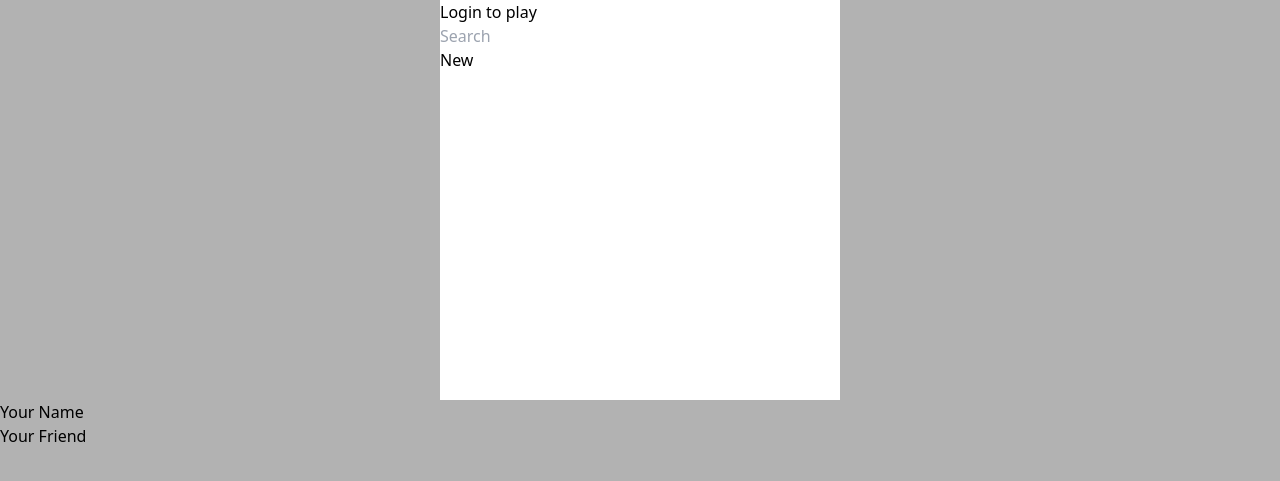
Repository: Teddy1705/demo_pj
Page: /
An editor plug-in stored every save of this project. The page is shown before and after the next save, followed by the edit.
The browser window is 1280 px wide. The pictures show the whole page.
The project was rebuilt for these pictures with package versions that can differ from the ones it lists, and the page was loaded fresh each time. Also part of the build but not shown: vite.config.js.

Above is the page before, as saved 2024-04-16 08:59:49.

### index.html
<!DOCTYPE html>
<html lang="en">
  <head>
    <meta charset="UTF-8" />
    <link rel="icon" type="image/svg+xml" href="/vite.svg" />
    <meta name="viewport" content="width=device-width, initial-scale=1.0" />
    <title>Tic Tac Toe</title>
    <link rel="stylesheet" href="./src/index.css" />
  </head>
  <body>
    <div id="root"></div>
    <script type="module" src="/src/main.jsx"></script>
  </body>
</html>

### src/index.css
:root {
  --white-color: #fff;
  --black-color: #000;
}

/*
1. Prevent padding and border from affecting element width. (https://github.com/mozdevs/cssremedy/issues/4)
2. Allow adding a border to an element by just adding a border-width. (https://github.com/tailwindcss/tailwindcss/pull/116)
*/

*,
::before,
::after {
  box-sizing: border-box;
  /* 1 */
  border-width: 0;
  /* 2 */
  border-style: solid;
  /* 2 */
  border-color: #e5e7eb;
  /* 2 */
}

::before,
::after {
  --tw-content: "";
}

/*
1. Use a consistent sensible line-height in all browsers.
2. Prevent adjustments of font size after orientation changes in iOS.
3. Use a more readable tab size.
4. Use the user's configured `sans` font-family by default.
5. Use the user's configured `sans` font-feature-settings by default.
6. Use the user's configured `sans` font-variation-settings by default.
7. Disable tap highlights on iOS
*/

html,
:host {
  line-height: 1.5;
  /* 1 */
  -webkit-text-size-adjust: 100%;
  /* 2 */
  -moz-tab-size: 4;
  /* 3 */
  -o-tab-size: 4;
  tab-size: 4;
  /* 3 */
  font-family: ui-sans-serif, system-ui, sans-serif, "Apple Color Emoji",
    "Segoe UI Emoji", "Segoe UI Symbol", "Noto Color Emoji";
  /* 4 */
  font-feature-settings: normal;
  /* 5 */
  font-variation-settings: normal;
  /* 6 */
  -webkit-tap-highlight-color: transparent;
  /* 7 */
}

/*
1. Remove the margin in all browsers.
2. Inherit line-height from `html` so users can set them as a class directly on the `html` element.
*/

body {
  margin: 0;
  /* 1 */
  line-height: inherit;
  /* 2 */
}

/*
1. Add the correct height in Firefox.
2. Correct the inheritance of border color in Firefox. (https://bugzilla.mozilla.org/show_bug.cgi?id=190655)
3. Ensure horizontal rules are visible by default.
*/

hr {
  height: 0;
  /* 1 */
  color: inherit;
  /* 2 */
  border-top-width: 1px;
  /* 3 */
}

/*
Add the correct text decoration in Chrome, Edge, and Safari.
*/

abbr:where([title]) {
  -webkit-text-decoration: underline dotted;
  text-decoration: underline dotted;
}

/*
Remove the default font size and weight for headings.
*/

h1,
h2,
h3,
h4,
h5,
h6 {
  font-size: inherit;
  font-weight: inherit;
}

/*
Reset links to optimize for opt-in styling instead of opt-out.
*/

a {
  color: inherit;
  text-decoration: inherit;
}

/*
Add the correct font weight in Edge and Safari.
*/

b,
strong {
  font-weight: bolder;
}

/*
1. Use the user's configured `mono` font-family by default.
2. Use the user's configured `mono` font-feature-settings by default.
3. Use the user's configured `mono` font-variation-settings by default.
4. Correct the odd `em` font sizing in all browsers.
*/

code,
kbd,
samp,
pre {
  font-family: ui-monospace, SFMono-Regular, Menlo, Monaco, Consolas,
    "Liberation Mono", "Courier New", monospace;
  /* 1 */
  font-feature-settings: normal;
  /* 2 */
  font-variation-settings: normal;
  /* 3 */
  font-size: 1em;
  /* 4 */
}

/*
Add the correct font size in all browsers.
*/

small {
  font-size: 80%;
}

/*
Prevent `sub` and `sup` elements from affecting the line height in all browsers.
*/

sub,
sup {
  font-size: 75%;
  line-height: 0;
  position: relative;
  vertical-align: baseline;
}

sub {
  bottom: -0.25em;
}

sup {
  top: -0.5em;
}

/*
1. Remove text indentation from table contents in Chrome and Safari. (https://bugs.chromium.org/p/chromium/issues/detail?id=999088, https://bugs.webkit.org/show_bug.cgi?id=201297)
2. Correct table border color inheritance in all Chrome and Safari. (https://bugs.chromium.org/p/chromium/issues/detail?id=935729, https://bugs.webkit.org/show_bug.cgi?id=195016)
3. Remove gaps between table borders by default.
*/

table {
  text-indent: 0;
  /* 1 */
  border-color: inherit;
  /* 2 */
  border-collapse: collapse;
  /* 3 */
}

/*
1. Change the font styles in all browsers.
2. Remove the margin in Firefox and Safari.
3. Remove default padding in all browsers.
*/

button,
input,
optgroup,
select,
textarea {
  font-family: inherit;
  /* 1 */
  font-feature-settings: inherit;
  /* 1 */
  font-variation-settings: inherit;
  /* 1 */
  font-size: 100%;
  /* 1 */
  font-weight: inherit;
  /* 1 */
  line-height: inherit;
  /* 1 */
  letter-spacing: inherit;
  /* 1 */
  color: inherit;
  /* 1 */
  margin: 0;
  /* 2 */
  padding: 0;
  /* 3 */
}

/*
Remove the inheritance of text transform in Edge and Firefox.
*/

button,
select {
  text-transform: none;
}

/*
1. Correct the inability to style clickable types in iOS and Safari.
2. Remove default button styles.
*/

button,
input:where([type="button"]),
input:where([type="reset"]),
input:where([type="submit"]) {
  -webkit-appearance: button;
  /* 1 */
  background-color: transparent;
  /* 2 */
  background-image: none;
  /* 2 */
}

/*
Use the modern Firefox focus style for all focusable elements.
*/

:-moz-focusring {
  outline: auto;
}

/*
Remove the additional `:invalid` styles in Firefox. (https://github.com/mozilla/gecko-dev/blob/2f9eacd9d3d995c937b4251a5557d95d494c9be1/layout/style/res/forms.css#L728-L737)
*/

:-moz-ui-invalid {
  box-shadow: none;
}

/*
Add the correct vertical alignment in Chrome and Firefox.
*/

progress {
  vertical-align: baseline;
}

/*
Correct the cursor style of increment and decrement buttons in Safari.
*/

::-webkit-inner-spin-button,
::-webkit-outer-spin-button {
  height: auto;
}

/*
1. Correct the odd appearance in Chrome and Safari.
2. Correct the outline style in Safari.
*/

[type="search"] {
  -webkit-appearance: textfield;
  /* 1 */
  outline-offset: -2px;
  /* 2 */
}

/*
Remove the inner padding in Chrome and Safari on macOS.
*/

::-webkit-search-decoration {
  -webkit-appearance: none;
}

/*
1. Correct the inability to style clickable types in iOS and Safari.
2. Change font properties to `inherit` in Safari.
*/

::-webkit-file-upload-button {
  -webkit-appearance: button;
  /* 1 */
  font: inherit;
  /* 2 */
}

/*
Add the correct display in Chrome and Safari.
*/

summary {
  display: list-item;
}

/*
Removes the default spacing and border for appropriate elements.
*/

blockquote,
dl,
dd,
h1,
h2,
h3,
h4,
h5,
h6,
hr,
figure,
p,
pre {
  margin: 0;
}

fieldset {
  margin: 0;
  padding: 0;
}

legend {
  padding: 0;
}

ol,
ul,
menu {
  list-style: none;
  margin: 0;
  padding: 0;
}

/*
Reset default styling for dialogs.
*/

dialog {
  padding: 0;
}

/*
Prevent resizing textareas horizontally by default.
*/

textarea {
  resize: vertical;
}

/*
1. Reset the default placeholder opacity in Firefox. (https://github.com/tailwindlabs/tailwindcss/issues/3300)
2. Set the default placeholder color to the user's configured gray 400 color.
*/

input::-moz-placeholder,
textarea::-moz-placeholder {
  opacity: 1;
  /* 1 */
  color: #9ca3af;
  /* 2 */
}

input::placeholder,
textarea::placeholder {
  opacity: 1;
  /* 1 */
  color: #9ca3af;
  /* 2 */
}

/*
Set the default cursor for buttons.
*/

button,
[role="button"] {
  cursor: pointer;
}

/*
Make sure disabled buttons don't get the pointer cursor.
*/

:disabled {
  cursor: default;
}

/*
1. Make replaced elements `display: block` by default. (https://github.com/mozdevs/cssremedy/issues/14)
2. Add `vertical-align: middle` to align replaced elements more sensibly by default. (https://github.com/jensimmons/cssremedy/issues/14#issuecomment-634934210)
   This can trigger a poorly considered lint error in some tools but is included by design.
*/

img,
svg,
video,
canvas,
audio,
iframe,
embed,
object {
  display: block;
  /* 1 */
  vertical-align: middle;
  /* 2 */
}

/*
Constrain images and videos to the parent width and preserve their intrinsic aspect ratio. (https://github.com/mozdevs/cssremedy/issues/14)
*/

img,
video {
  max-width: 100%;
  height: auto;
}

/* Make elements with the HTML hidden attribute stay hidden by default */

[hidden] {
  display: none;
}

*,
::before,
::after {
  --tw-border-spacing-x: 0;
  --tw-border-spacing-y: 0;
  --tw-translate-x: 0;
  --tw-translate-y: 0;
  --tw-rotate: 0;
  --tw-skew-x: 0;
  --tw-skew-y: 0;
  --tw-scale-x: 1;
  --tw-scale-y: 1;
  --tw-pan-x: ;
  --tw-pan-y: ;
  --tw-pinch-zoom: ;
  --tw-scroll-snap-strictness: proximity;
  --tw-gradient-from-position: ;
  --tw-gradient-via-position: ;
  --tw-gradient-to-position: ;
  --tw-ordinal: ;
  --tw-slashed-zero: ;
  --tw-numeric-figure: ;
  --tw-numeric-spacing: ;
  --tw-numeric-fraction: ;
  --tw-ring-inset: ;
  --tw-ring-offset-width: 0px;
  --tw-ring-offset-color: #fff;
  --tw-ring-color: rgb(59 130 246 / 0.5);
  --tw-ring-offset-shadow: 0 0 #0000;
  --tw-ring-shadow: 0 0 #0000;
  --tw-shadow: 0 0 #0000;
  --tw-shadow-colored: 0 0 #0000;
  --tw-blur: ;
  --tw-brightness: ;
  --tw-contrast: ;
  --tw-grayscale: ;
  --tw-hue-rotate: ;
  --tw-invert: ;
  --tw-saturate: ;
  --tw-sepia: ;
  --tw-drop-shadow: ;
  --tw-backdrop-blur: ;
  --tw-backdrop-brightness: ;
  --tw-backdrop-contrast: ;
  --tw-backdrop-grayscale: ;
  --tw-backdrop-hue-rotate: ;
  --tw-backdrop-invert: ;
  --tw-backdrop-opacity: ;
  --tw-backdrop-saturate: ;
  --tw-backdrop-sepia: ;
  --tw-contain-size: ;
  --tw-contain-layout: ;
  --tw-contain-paint: ;
  --tw-contain-style: ;
}

::backdrop {
  --tw-border-spacing-x: 0;
  --tw-border-spacing-y: 0;
  --tw-translate-x: 0;
  --tw-translate-y: 0;
  --tw-rotate: 0;
  --tw-skew-x: 0;
  --tw-skew-y: 0;
  --tw-scale-x: 1;
  --tw-scale-y: 1;
  --tw-pan-x: ;
  --tw-pan-y: ;
  --tw-pinch-zoom: ;
  --tw-scroll-snap-strictness: proximity;
  --tw-gradient-from-position: ;
  --tw-gradient-via-position: ;
  --tw-gradient-to-position: ;
  --tw-ordinal: ;
  --tw-slashed-zero: ;
  --tw-numeric-figure: ;
  --tw-numeric-spacing: ;
  --tw-numeric-fraction: ;
  --tw-ring-inset: ;
  --tw-ring-offset-width: 0px;
  --tw-ring-offset-color: #fff;
  --tw-ring-color: rgb(59 130 246 / 0.5);
  --tw-ring-offset-shadow: 0 0 #0000;
  --tw-ring-shadow: 0 0 #0000;
  --tw-shadow: 0 0 #0000;
  --tw-shadow-colored: 0 0 #0000;
  --tw-blur: ;
  --tw-brightness: ;
  --tw-contrast: ;
  --tw-grayscale: ;
  --tw-hue-rotate: ;
  --tw-invert: ;
  --tw-saturate: ;
  --tw-sepia: ;
  --tw-drop-shadow: ;
  --tw-backdrop-blur: ;
  --tw-backdrop-brightness: ;
  --tw-backdrop-contrast: ;
  --tw-backdrop-grayscale: ;
  --tw-backdrop-hue-rotate: ;
  --tw-backdrop-invert: ;
  --tw-backdrop-opacity: ;
  --tw-backdrop-saturate: ;
  --tw-backdrop-sepia: ;
  --tw-contain-size: ;
  --tw-contain-layout: ;
  --tw-contain-paint: ;
  --tw-contain-style: ;
}

#modal {
  position: fixed;
  top: 0;
  right: 0;
  bottom: 0;
  left: 0;
}

#modal .modal__overlay {
  position: absolute;
  width: 100%;
  height: 100%;
  background-color: rgba(0, 0, 0, 0.3);
}

#modal .modal__body {
  position: relative;
  background-color: var(--white-color);
  margin: auto;
  width: 400px;
  height: 400px;
}

### src/main.jsx
import React from "react";
import ReactDOM from "react-dom/client";
import App from "./App.jsx";
import { createBrowserRouter, RouterProvider } from "react-router-dom";
import Root from "./routes/root";
import "./index.css";

const router = createBrowserRouter([
  {
    path: "/",
    element: <Root />,
  },
]);

ReactDOM.createRoot(document.getElementById("root")).render(
  <React.StrictMode>
    <RouterProvider router={router} />
    <App />
  </React.StrictMode>
);

### src/routes/root.jsx
export default function Root() {
  return (
    <>
      <div id="modal">
        <div className="modal__overlay"></div>
        <div className="modal__body">
          <h1>Login to play</h1>
          <form id="search-form" role="search">
            <input
              id="q"
              aria-label="Search contacts"
              placeholder="Search"
              type="search"
              name="q"
            />
            <div id="search-spinner" aria-hidden hidden={true} />
            <div className="sr-only" aria-live="polite"></div>
          </form>
          <form method="post">
            <button type="submit">New</button>
          </form>
        </div>
        <nav>
          <ul>
            <li>
              <a
                href={`https://codesandbox.io/s/q2z497?file=%2Fsrc%2FApp.js&utm_medium=sandpack`}
              >
                Your Name
              </a>
            </li>
            <li>
              <a href={`/contacts/2`}>Your Friend</a>
            </li>
          </ul>
        </nav>
      </div>
      <div id="detail"></div>
    </>
  );
}

Loaded but not shown: src/App.jsx (common file)

After the next save:
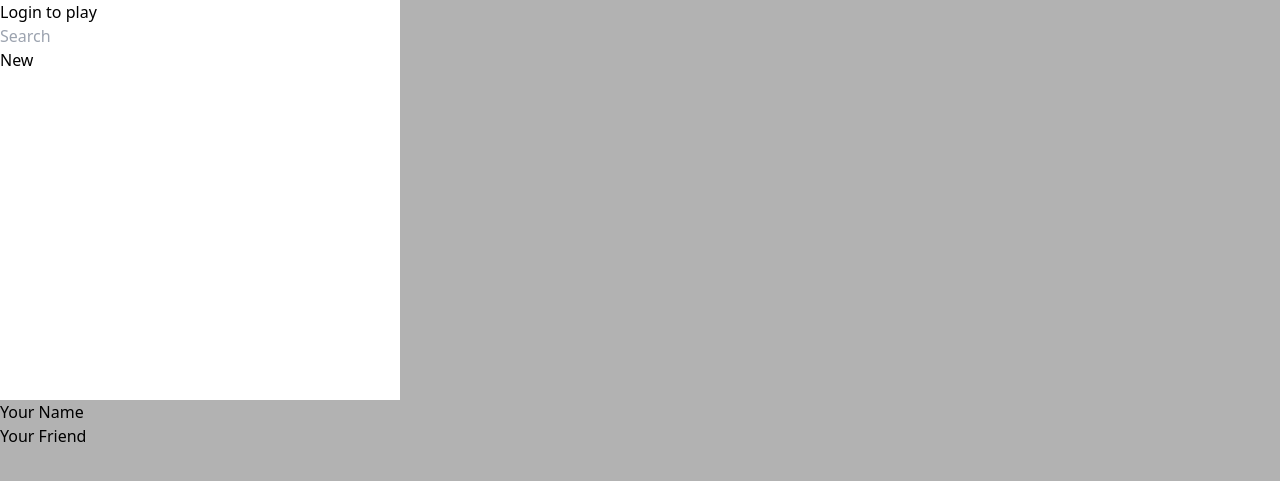
Saved 4 min 40 s later.
--- a/src/index.css
+++ b/src/index.css
@@ -578,7 +578,7 @@ video {
 #modal .modal__body {
   position: relative;
   background-color: var(--white-color);
-  margin: auto;
+  margin: 0;
   width: 400px;
   height: 400px;
 }
